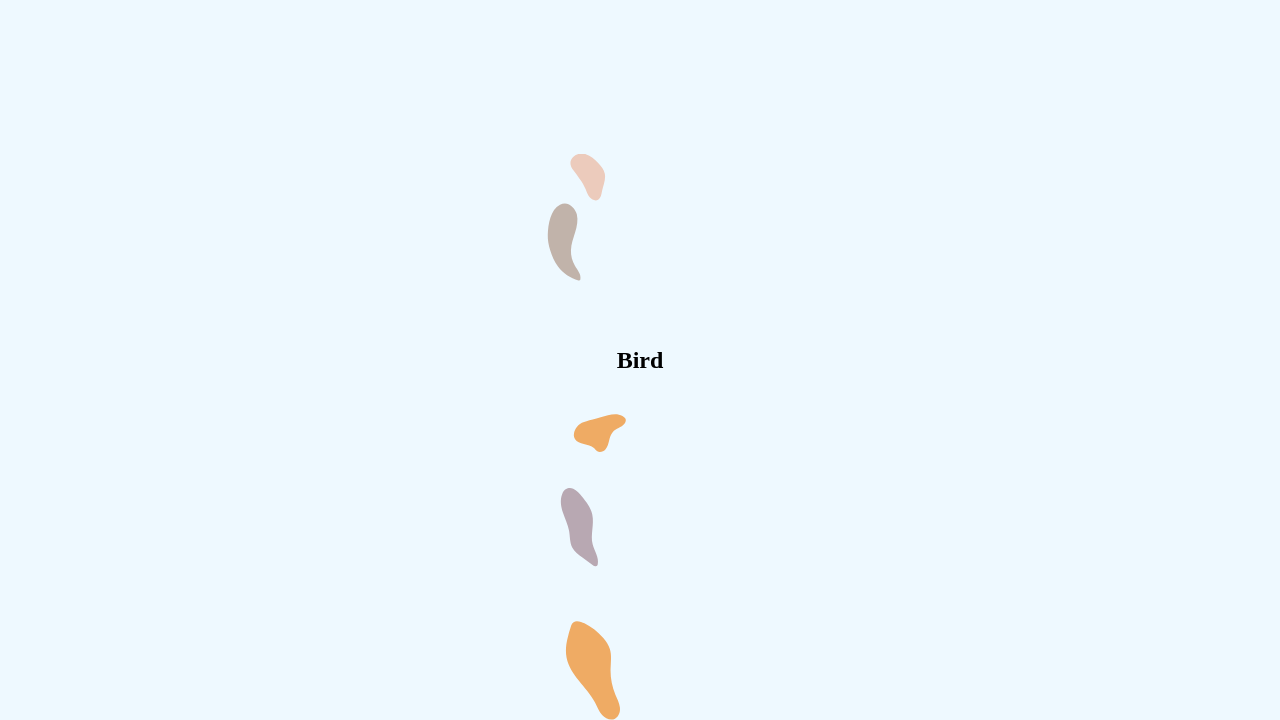
Repository: sebastiann88/svg-animals
Page: index.html
These files come from the project's save history. The page is drawn as it stood at one moment and after the next save; the edit follows.
The browser window is 1280 px wide. The pictures show the window.
A layer covers the whole window, so only the first screen is drawn.

Above is the page before, as saved 2024-09-05 03:43:19.

After the next save:
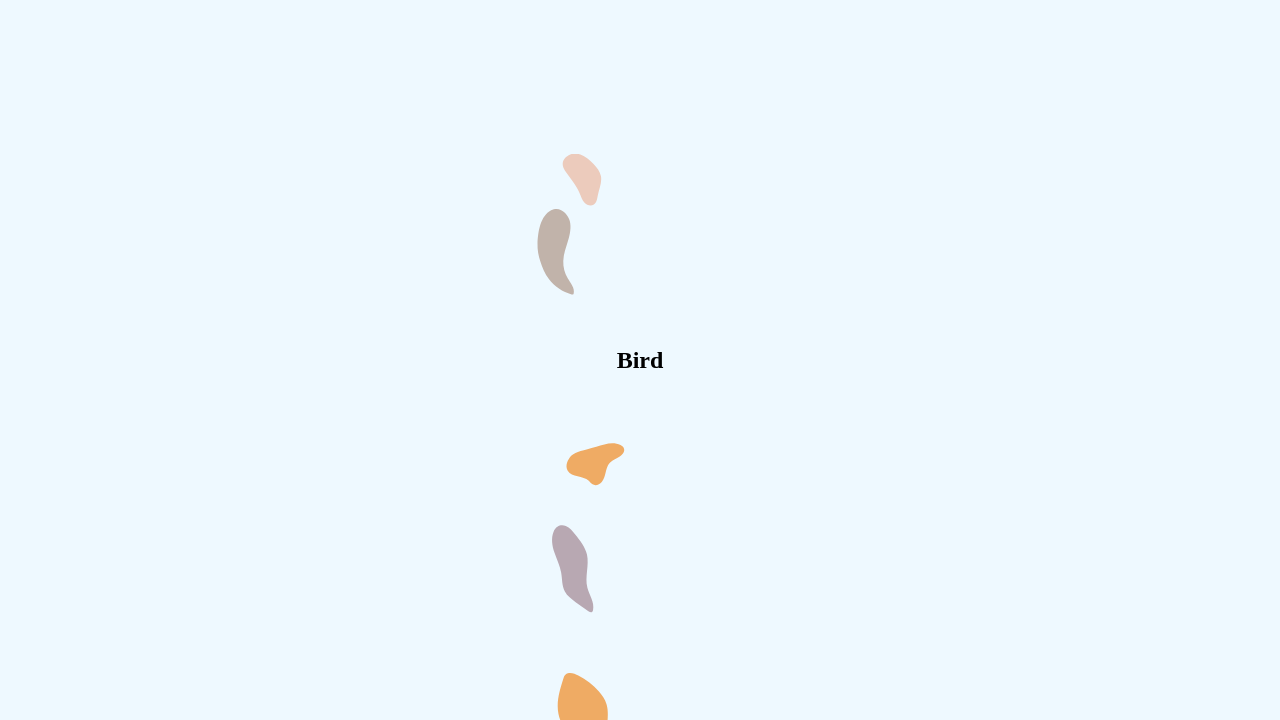
Saved 44 s later.
--- a/css/style.css
+++ b/css/style.css
@@ -16,7 +16,7 @@ body {
 
 svg {
 	display: inline-block;
-	height: 90%;
+	height: 100%;
 	width: 100%;
 	padding-top: 12%;
 }
